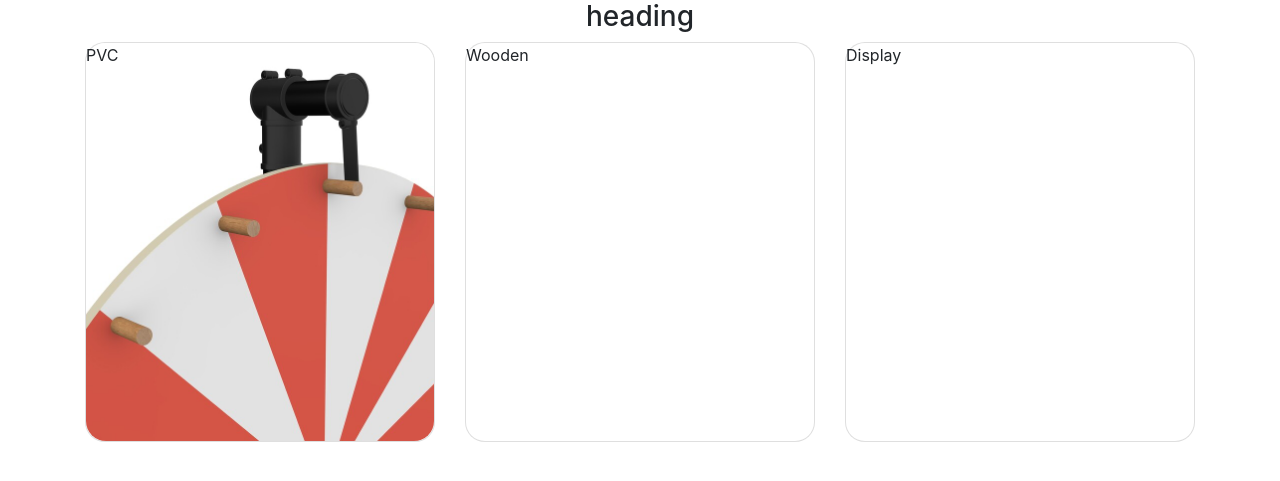
Repository: Awaisp-irfan/fahad-project
Page: index.html
These files come from the project's save history. The page is drawn as it stood at one moment and after the next save; the edit follows.
The browser window is 1280 px wide. The pictures show the whole page.

Above is the page before, as saved 2022-06-30 07:02:40.

After the next save:
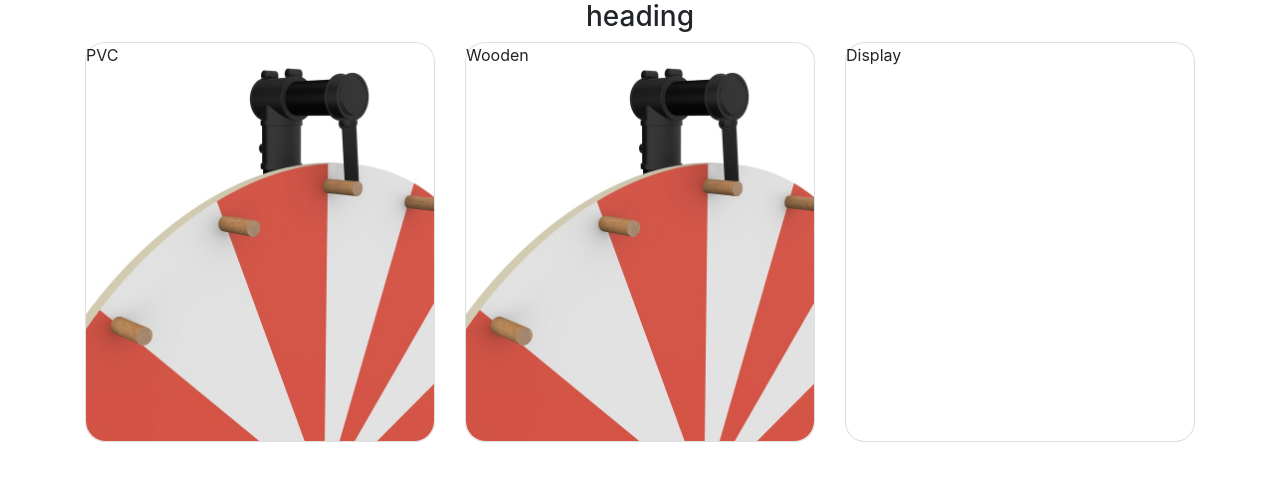
Saved 13 s later.
--- a/style.css
+++ b/style.css
@@ -12,7 +12,7 @@
     border-radius: 20px;
 }
 
-.pvc{
+.wooden{
     background-image: url(./assests/wooden.jpg);
     background-size: cover;
     background-position: center;
